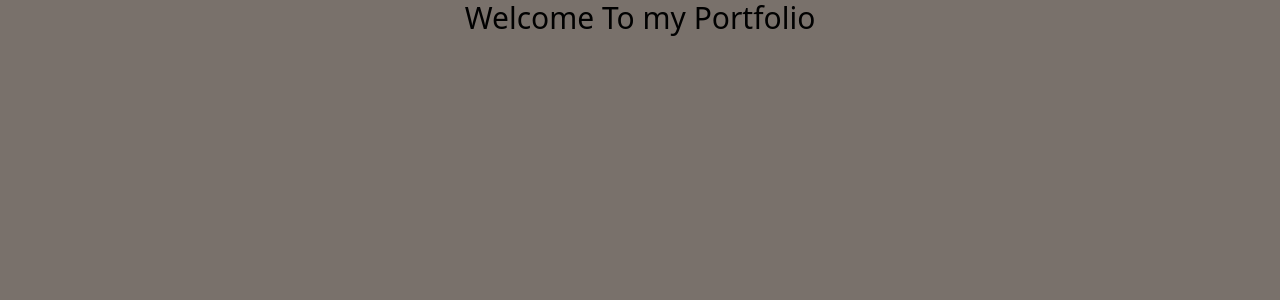
Repository: abhaysharma20233009/portfolio
Page: /
The author's editor kept a copy of each file at every save. The page is drawn from the files as they stood at one save, then again after the next save.
The browser window is 1280 px wide. The pictures show the whole page.
The project was rebuilt for these pictures with package versions that can differ from the ones it lists, and the page was loaded fresh each time. Also part of the build but not shown: vite.config.js, src/App.css.

Above is the page before, as saved 2025-05-20 17:06:15.

### src/App.jsx
import { useState } from 'react'

import './App.css'

function App() {
  const [count, setCount] = useState(0)

  return (
    <>
     <div className="h-screen w-full text-3xl bg-stone-500">
  <h1 className='text-center text-shadow-fuchsia-600 text-blue-950 text-3xl mix-blend-color-burn'>Welcome To my Portfolio</h1>
        </div>

    </>
  )
}

export default App

Loaded but not shown: index.html (common file); src/main.jsx (common file); src/index.css (common file)

After the next save:
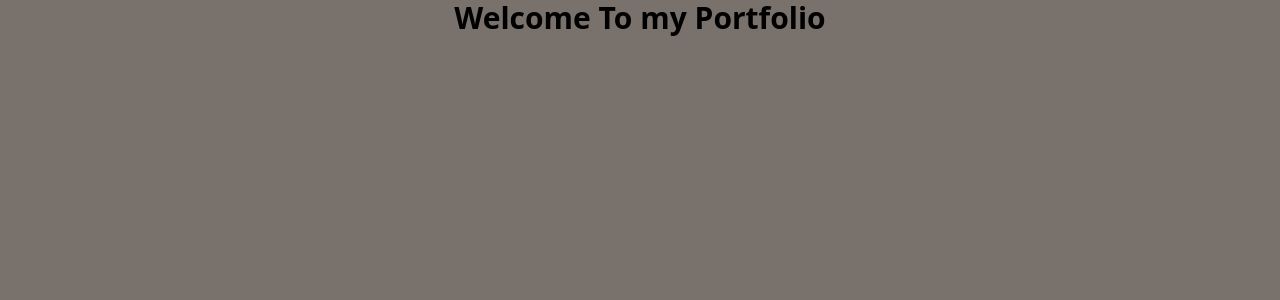
Saved 50 s later.
--- a/src/App.jsx
+++ b/src/App.jsx
@@ -8,7 +8,7 @@ function App() {
   return (
     <>
      <div className="h-screen w-full text-3xl bg-stone-500">
-  <h1 className='text-center text-shadow-fuchsia-600 text-blue-950 text-3xl mix-blend-color-burn'>Welcome To my Portfolio</h1>
+  <h1 className='text-center text-shadow-fuchsia-600 text-blue-950 text-3xl mix-blend-color-burn font-bold'>Welcome To my Portfolio</h1>
         </div>
 
     </>
